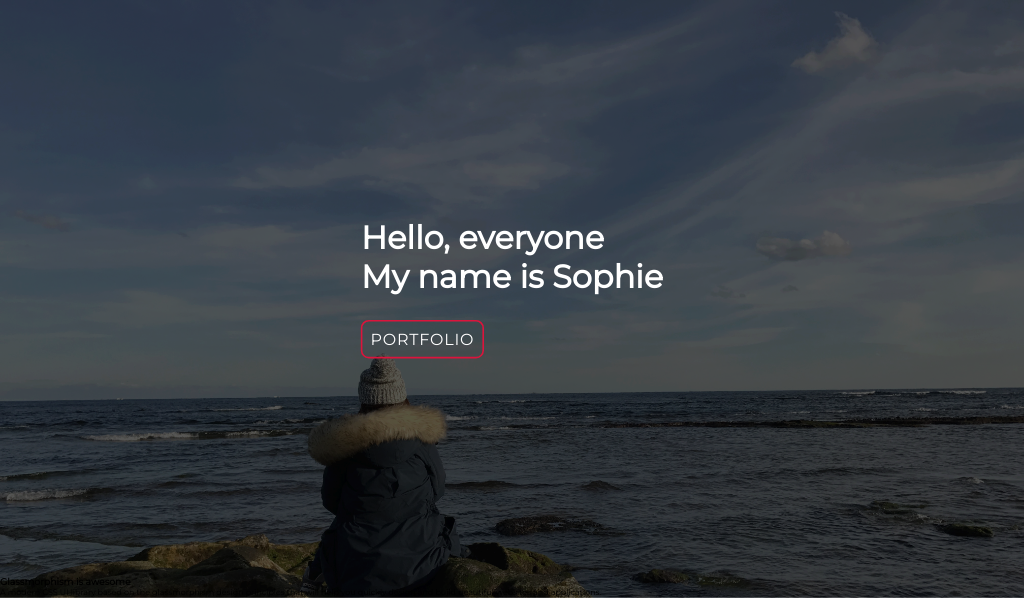
Repository: wenxi0504/StaticWebsite_Profolio
Page: index.html
An editor plug-in stored every save of this project. The page is shown before and after the next save, followed by the edit.
The browser window is 1280 px wide. The pictures show the whole page, at 80% of full size.

Above is the page before, as saved 2022-03-02 23:59:40.

After the next save:
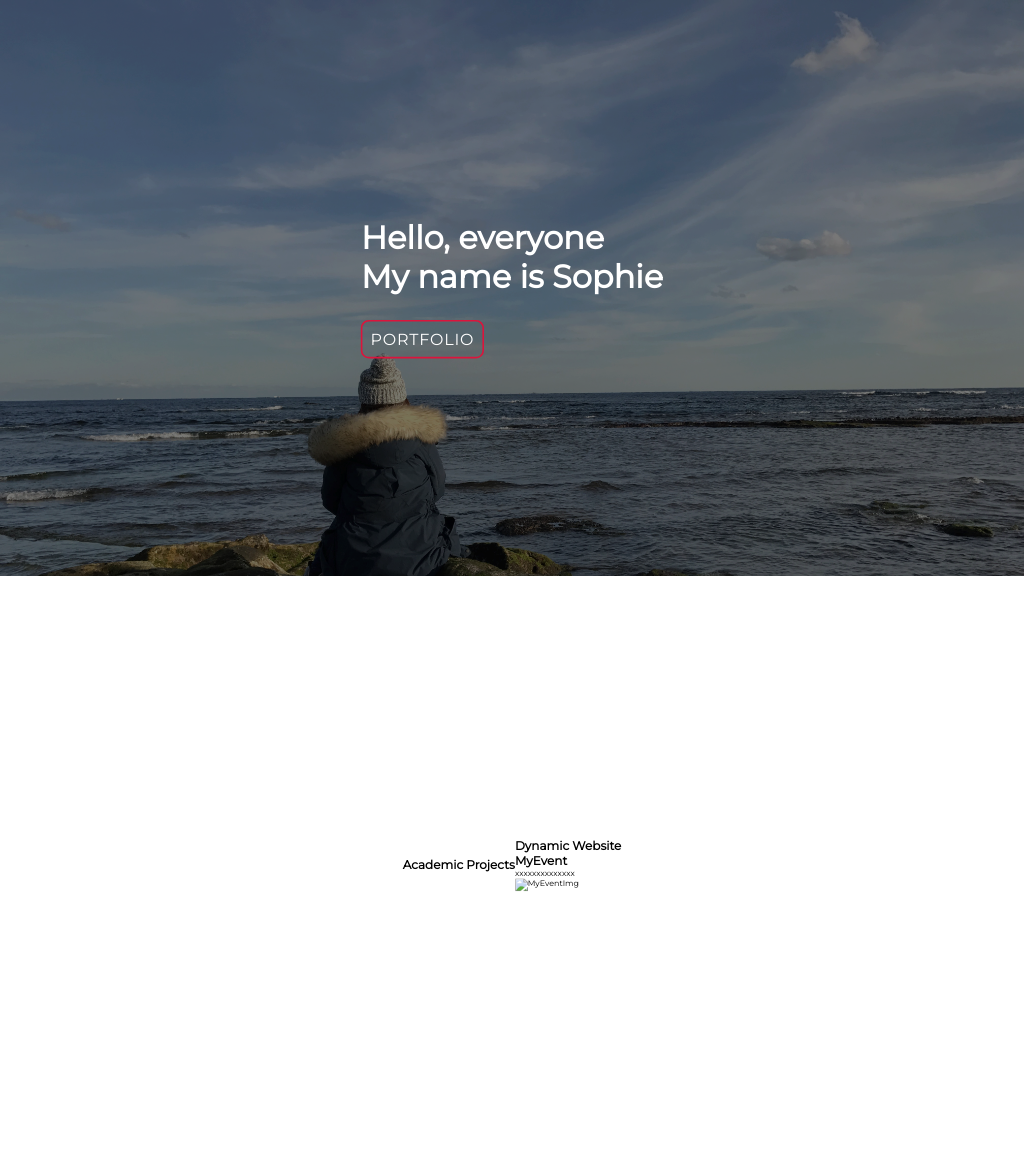
Saved 20 h 57 min later.
--- a/index.html
+++ b/index.html
@@ -1,34 +1,44 @@
 <!DOCTYPE html>
 <html lang="en">
-<head>
-    <meta charset="UTF-8">
-    <meta http-equiv="X-UA-Compatible" content="IE=edge">
-    <meta name="viewport" content="width=device-width, initial-scale=1.0">
-    <link rel="stylesheet" href="style.css">
+  <head>
+    <meta charset="UTF-8" />
+    <meta http-equiv="X-UA-Compatible" content="IE=edge" />
+    <meta name="viewport" content="width=device-width, initial-scale=1.0" />
+    <link rel="stylesheet" href="style.css" />
     <title>Portfolio</title>
-</head>
-<body>
-
-    <!-- Introduction section -->
+  </head>
+  <body>
+    <!-- Introduction Section -->
     <section id="myIntro">
-        <div class="myIntro container">
-            <div class="card">
-                <h1 >
-                    Hello, everyone <span></span>
-                </h1>
-                <h1>
-                    My name is Sophie <span></span>
-                </h1>
-                <a href="#" type="button" class="cta">Portfolio</a>
+      <div class="myIntro container">
+        <div class="card">
+          <h1>Hello, everyone <span></span></h1>
+          <h1>My name is Sophie <span></span></h1>
+          <a href="#" type="button" class="cta">Portfolio</a>
+        </div>
+      </div>
+    </section>
+    <!-- End Introduction Section -->
+    <!-- Projects Section -->
+    <section id="projects">
+      <div class="projects container">
+        <div class="projects-header">
+          <h1 class="section-title">Academic <span>Projects</span></h1>
+        </div>
+        <div class="all-projects">
+          <div class="project-item">
+            <div class="project-info">
+              <h1>Dynamic Website</h1>
+              <h2>MyEvent</h2>
+              <p>xxxxxxxxxxxxxx</p>
             </div>
+            <div class="project-img">
+              <img src="" alt="MyEventImg">
+            </div>
+          </div>
         </div>
-        <div class="card">
-            <h3 class="card-title">Glassmorphism is awesome</h3>
-            <p>A modern CSS UI library based on the glassmorphism design principles that will help you quickly design and build beautiful websites and applications.</p>
-
-        </div>
-
+      </div>
     </section>
-
-</body>
+    <!-- End  Projects Section -->
+  </body>
 </html>
